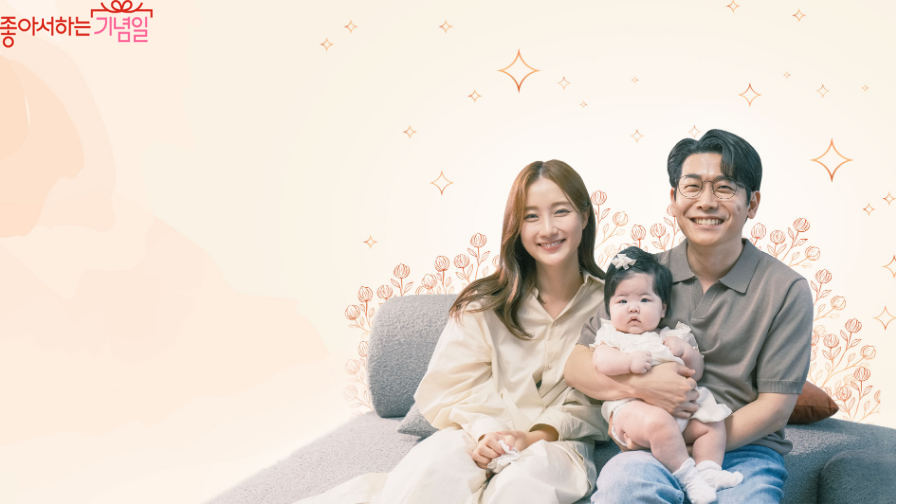
Repository: dlgywls1130/saveTheChildren
Page: index.html
An editor plug-in stored every save of this project. The page is shown before and after the next save, followed by the edit.
The browser window is 1280 px wide. The page is 1280 px wide, then 1293 px, so the pictures cover 1293 px, including what lies to the right of the window. The pictures show the part of the page from y = 0 to 1880 px (the page is 720 px tall before and 3628 px after), at 70% of full size.
The style sheet was rebuilt from its Sass, Less or Tailwind sources for each picture, by a compiler version that may differ from the author's.

Above is the page before, as saved 2024-11-01 18:32:19.

After the next save:
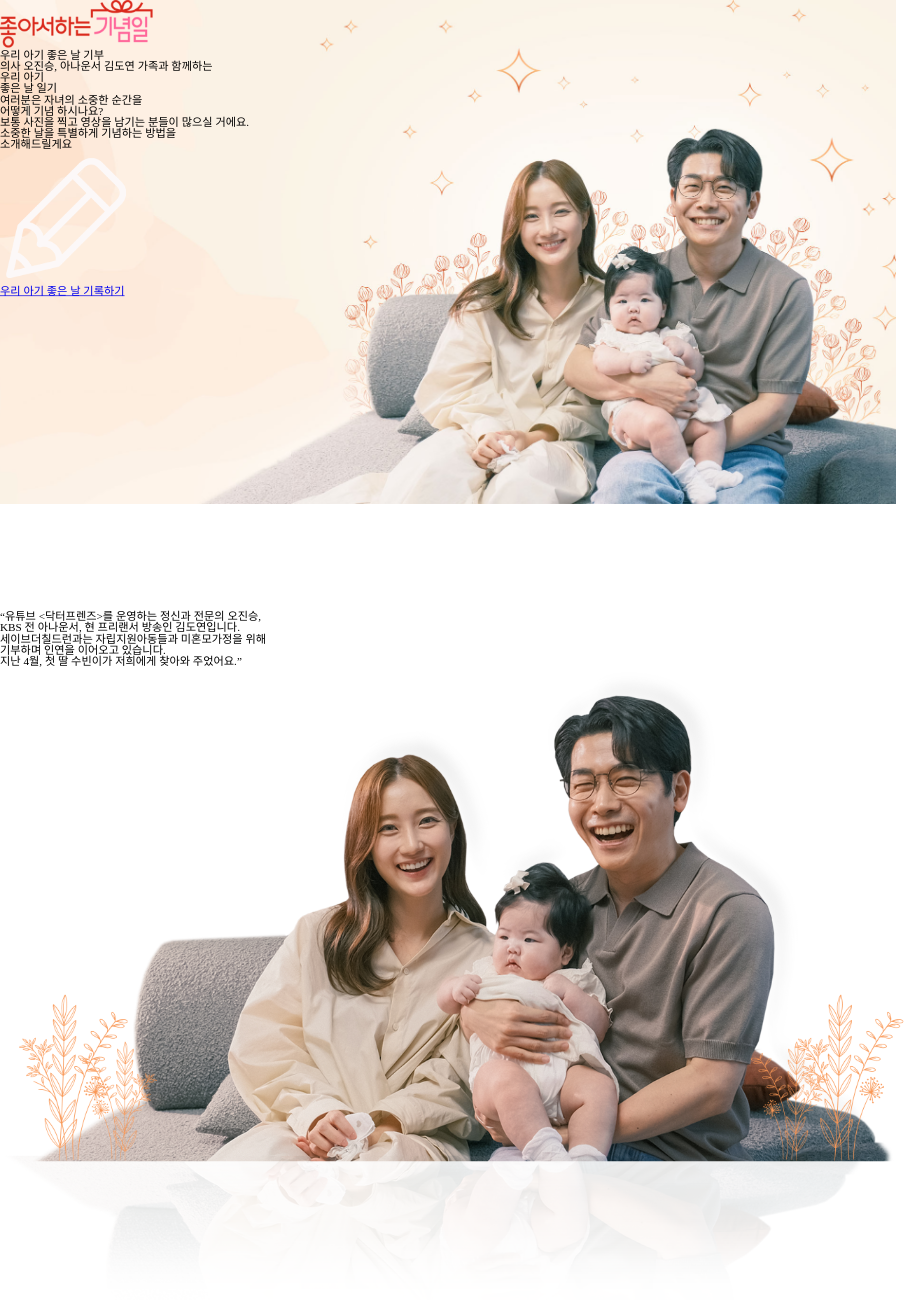
Saved 16 min 22 s later.
--- a/index.html
+++ b/index.html
@@ -12,8 +12,119 @@
     <!-- main -->
     <section class="main_container">
         <div class="container">
-            <img src="./images/logo.png">
+            <div class="logo_title">
+                <img src="./images/logo.png" alt="logo">
+                <p>우리 아기 좋은 날 기부</p>
+            </div>
+
+            <p class="sub_title">
+                의사 오진승, 아나운서 김도연 가족과 함께하는
+            </p>
+
+            <h2>우리 아기<br>좋은 날 일기</h2>
+
+            <p class="sub_span_text">
+                여러분은 자녀의 소중한 순간을<br>
+                어떻게 기념 하시나요?
+            </p>
+
+            <p class="sub_descript">
+                보통 사진을 찍고 영상을 남기는 분들이 많으실 거에요. <br>
+                <span>소중한 날을 특별하게 기념하는 방법</span>을<br>
+                소개해드릴게요
+            </p>
+
+            <a href="#" class="record_btn">
+                <img src="/images/pencle.png" alt="pencle">
+                <p>우리 아기 좋은 날 기록하기</p>
+            </a>
         </div>
+    </section>
+
+    <!-- 스토리섹션 -->
+
+    <section class="story_section">
+        <div class="container">
+
+            <!-- 영상 -->
+            <video></video>
+
+            <div class="story_01">
+                <p class="s01">
+                    “유튜브 <닥터프렌즈>를 운영하는 정신과 전문의 오진승,
+                    <br>KBS 전 아나운서, 현 프리랜서 방송인 김도연입니다.
+                </p>
+
+                <p class="s01_1">
+                    세이브더칠드런과는 자립지원아동들과 미혼모가정을 위해
+                    <br>기부하며 인연을 이어오고 있습니다.
+                </p>
+
+                <p class="s01_2">
+                    지난 4월, 첫 딸 수빈이가 저희에게 찾아와 주었어요.”
+                </p>
+
+                <img src="/images/s1_1.png" alt="story">
+            </div>
+
+
+            <div class="story_02">
+                <div class="story02_01">
+                    <div class="story_image">
+                        <img src="/images/s2_1.png" alt="stroy">
+                    </div>
+                    <div class="story_text-contain">
+                        <p class="story_text_01">
+                            아이가 태어나고 많은 것이 바뀌었습니다.
+                        </p>
+                        <p class="story_text_02">
+                            사실 저는 아이를 좋아하는 편은 아니었어요.
+                            하지만 낳고 처음 마주하는 순간, 생각했어요.
+                        </p>
+                        <p class="story_text_03">
+                            ‘천년의 사랑이 시작되었다.’
+                        </p>
+
+                        <p class="story_text_04">
+                            지금은 힘들어도 아이 얼굴만 보면 웃음이 나와요.
+                        </p>
+                    </div>
+
+
+                </div>
+            </div>
+
+            <div class="story_03">
+                <div class="story03_01">
+                    <div class="story_text-contain">
+                        <p class="story_text_01">
+                            자신의 자녀를 볼 때 나오는
+                            <br>도파민의 양이
+                            <br>마음에 드는 이성을 보았을 때
+                            <br>나오는 도파민 양의 10배나 된대요.
+                        </p>
+                        <p class="story_text_02">
+                            저는 현재에 안주하며 사는 편이었는데,
+                            <br>딸이 태어난 후부터 삶에 대해 더 고민하며
+                            <br>잘하려고 노력하게 되더라구요.
+                        </p>
+                        <p class="story_text_03">
+                            아이가 삶의 원동력이 된 셈이죠.
+                        </p>
+
+                    </div>
+
+                    <div class="story_image">
+                        <img src="/images/s3_1.png" alt="stroy">
+                    </div>
+
+
+
+                </div>
+            </div>
+        </div>
+
+
     </section>
 </body>
 </html>
